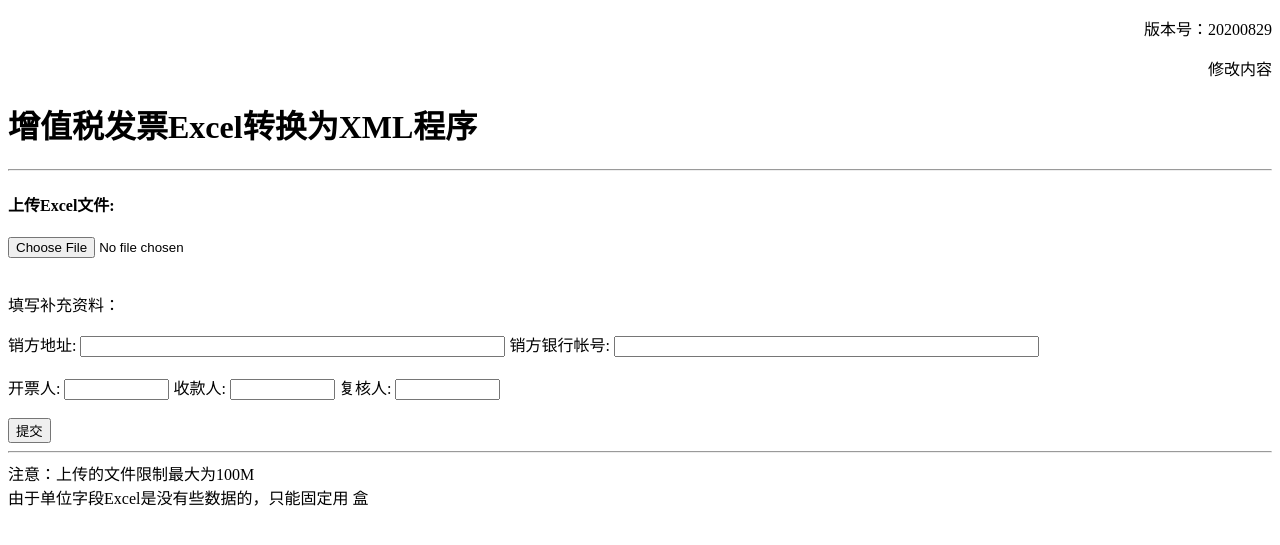
Repository: SFGuile/learnSpringapp
Page: http://localhost/demo/home.jsp
The author's editor kept a copy of each file at every save. The page is drawn from the files as they stood at one save, then again after the next save.
The browser window is 1280 px wide. The pictures show the whole page.
The page is served by Tomcat 9. Other server files are loaded and not shown.

Above is the page before, as saved 2020-08-29 01:43:59.

### demo/src/main/webapp/home.jsp
<%@ page language="java" contentType="text/html; charset=UTF-8"
    pageEncoding="UTF-8"%>
<!DOCTYPE html>
<html>
<head>

<meta charset="UTF-8">
<title>增值税发票Excel转换为XML程序（测试版）</title>
</head>
<body>

    <div>
    <p style="text-align: right;">版本号：20200829</p>

   </div>

    <div>
     <p style="text-align: right;">修改内容</p>

    </div>


 <h1>增值税发票Excel转换为XML程序</h1>
  <hr/>
  <h4>上传Excel文件:</h4>
  <form method="POST" action="uploadfile"  enctype="multipart/form-data">
    <input type="file" name="file"  accept=".xls"/> <br/><br/>
    <p>填写补充资料：</p>
     <label for="fname">销方地址:</label>
     <input type="text" id="address" name="address" size="50">
     <label for="lname">销方银行帐号:</label>
     <input type="text" id="bankaccount" name="bankaccount" size="50"><br/><br/>
     <label for="lname">开票人:</label>
     <input type="text" id="kpr" name="kpr" size="10">
      <label for="lname">收款人:</label>
     <input type="text" id="skr" name="skr" size="10">
      <label for="lname">复核人:</label>
     <input type="text" id="fhr" name="fhr" size="10"><br/><br/>
    <button type="submit">提交</button>
  </form>
  <hr/>
  <div>
    ${message}
  </div>

   <div>

  </div>





</body>
</html>
注意：上传的文件限制最大为100M</br>
由于单位字段Excel是没有些数据的，只能固定用 盒

After the next save:
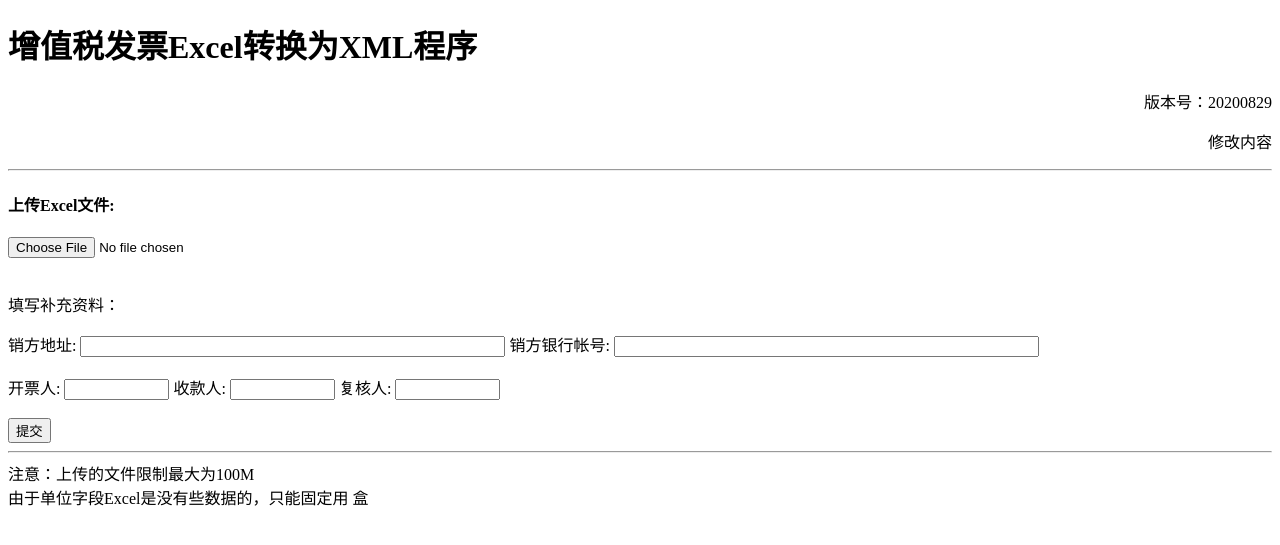
Saved 106 s later.
--- a/demo/src/main/webapp/home.jsp
+++ b/demo/src/main/webapp/home.jsp
@@ -9,7 +9,10 @@
 </head>
 <body>
 
-    <div>
+
+
+ <h1>增值税发票Excel转换为XML程序</h1>
+  <div>
     <p style="text-align: right;">版本号：20200829</p>
 
    </div>
@@ -19,8 +22,6 @@
 
     </div>
 
-
- <h1>增值税发票Excel转换为XML程序</h1>
   <hr/>
   <h4>上传Excel文件:</h4>
   <form method="POST" action="uploadfile"  enctype="multipart/form-data">
